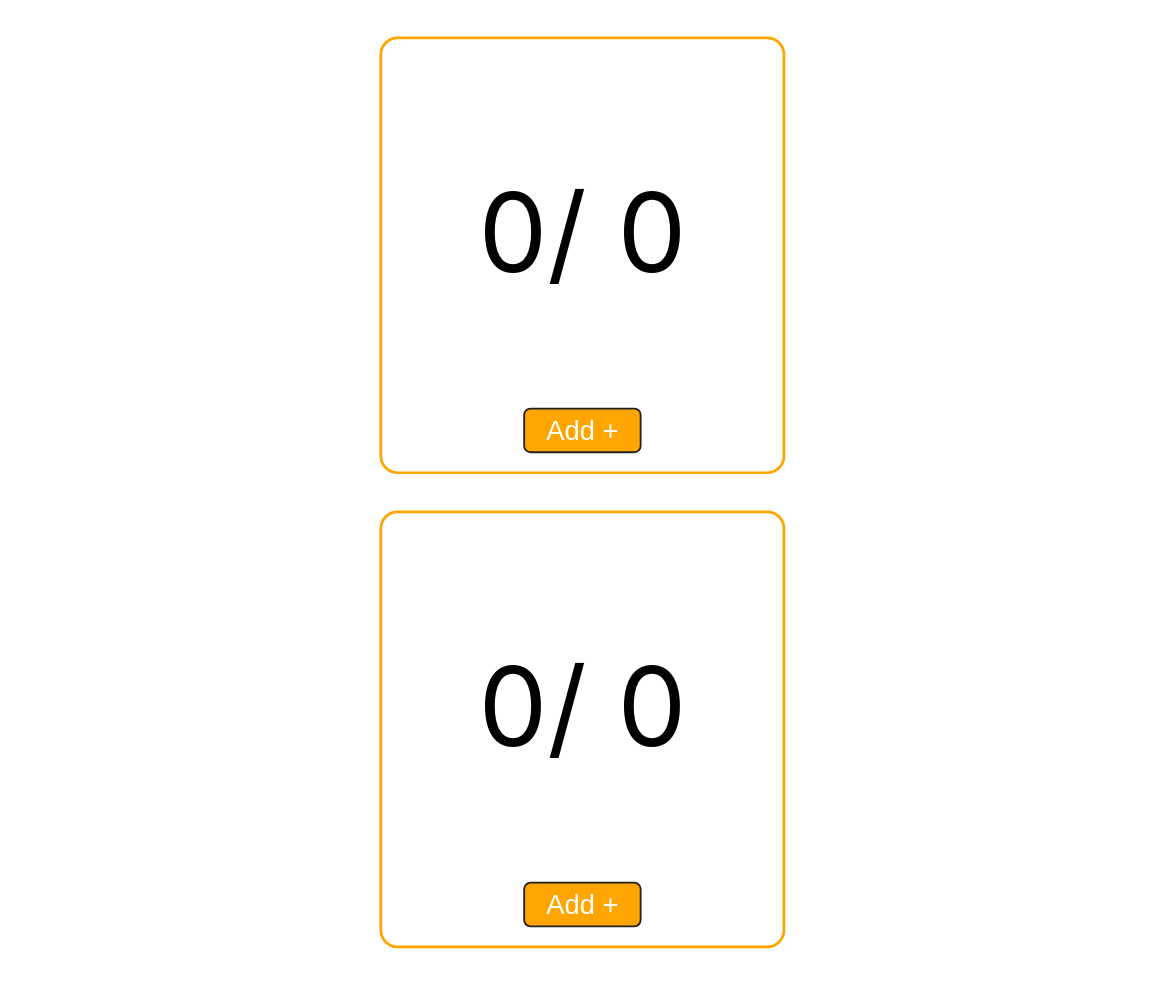
Repository: dnjfht/css-example
Page: /
The author's editor kept a copy of each file at every save. The page is drawn from the files as they stood at one save, then again after the next save.
The browser window is 1280 px wide. The pictures show the whole page, at 91% of full size.
The project was rebuilt for these pictures with package versions that can differ from the ones it lists, and the page was loaded fresh each time.

Above is the page before, as saved 2023-05-09 19:36:00.

### src/App.js
import React, { useState } from "react";
import Counter from "./components/Counter";

export default function App() {
  const [total, setTotal] = useState(0);

  const handleClickTotal = () => {
    setTotal((prev) => prev + 1);
  };
  return (
    <div>
      <Counter total={total} handleClickTotal={handleClickTotal} />
      <Counter total={total} handleClickTotal={handleClickTotal} />
    </div>
  );
}

### src/components/Counter.jsx
import React, { useState } from "react";

export default function Counter({ total, handleClickTotal }) {
  const [count, setCount] = useState(0);

  const handleClickCountUp = () => {
    setCount((prev) => prev + 1);
    handleClickTotal();
  };

  //   const handleClickCountDown = () => {
  //     if (count > 0) setCount(count - 1);
  //   };

  return (
    <div
      style={{
        width: 400,
        padding: 20,
        margin: "40px auto",
        border: "3px solid orange",
        borderRadius: 20,
        display: "flex",
        flexDirection: "column",
        alignItems: "center",
      }}
    >
      <p style={{ fontSize: 120 }}>
        {count}
        <span>/ {total}</span>
      </p>
      <button
        style={{
          width: 130,
          padding: "6px 16px",
          boxSizing: "border-box",
          backgroundColor: "orange",
          border: "2px solid #222",
          borderRadius: 8,
          fontSize: 30,
          color: "white",
        }}
        onClick={handleClickCountUp}
      >
        Add +
      </button>
      {/* <button
        style={{
          width: 130,
          padding: "6px 16px",
          marginTop: 10,
          boxSizing: "border-box",
          backgroundColor: "orange",
          border: "2px solid #222",
          borderRadius: 8,
          fontSize: 30,
          color: "white",
        }}
        onClick={handleClickCountDown}
      >
        Add -
      </button> */}
    </div>
  );
}

Loaded but not shown: public/index.html (common file); src/index.js (common file); src/index.css (common file); src/reportWebVitals.js (common file)

After the next save:
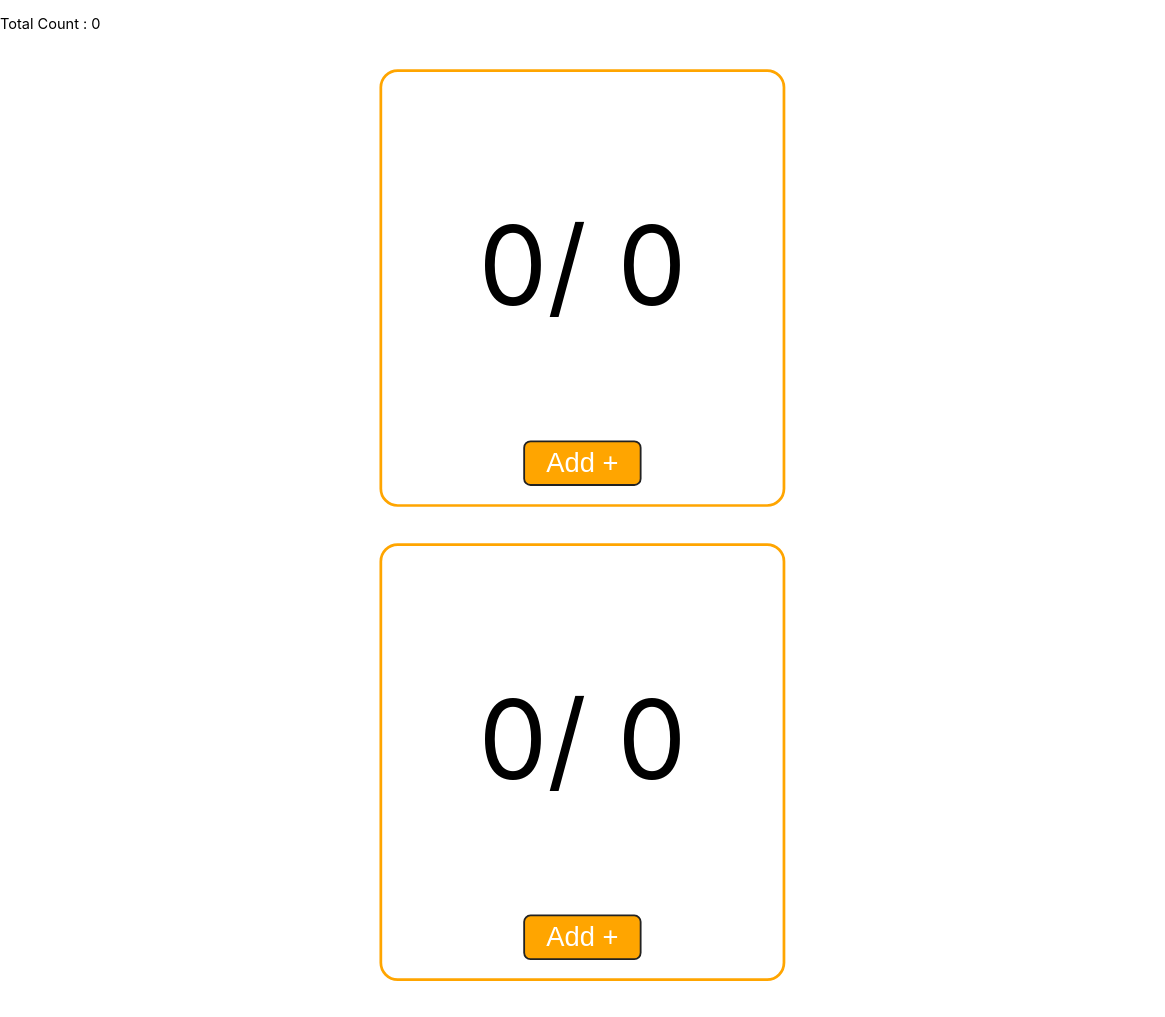
Saved 74 s later.
--- a/src/App.js
+++ b/src/App.js
@@ -9,6 +9,7 @@ export default function App() {
   };
   return (
     <div>
+      <p>Total Count : {total}</p>
       <Counter total={total} handleClickTotal={handleClickTotal} />
       <Counter total={total} handleClickTotal={handleClickTotal} />
     </div>
